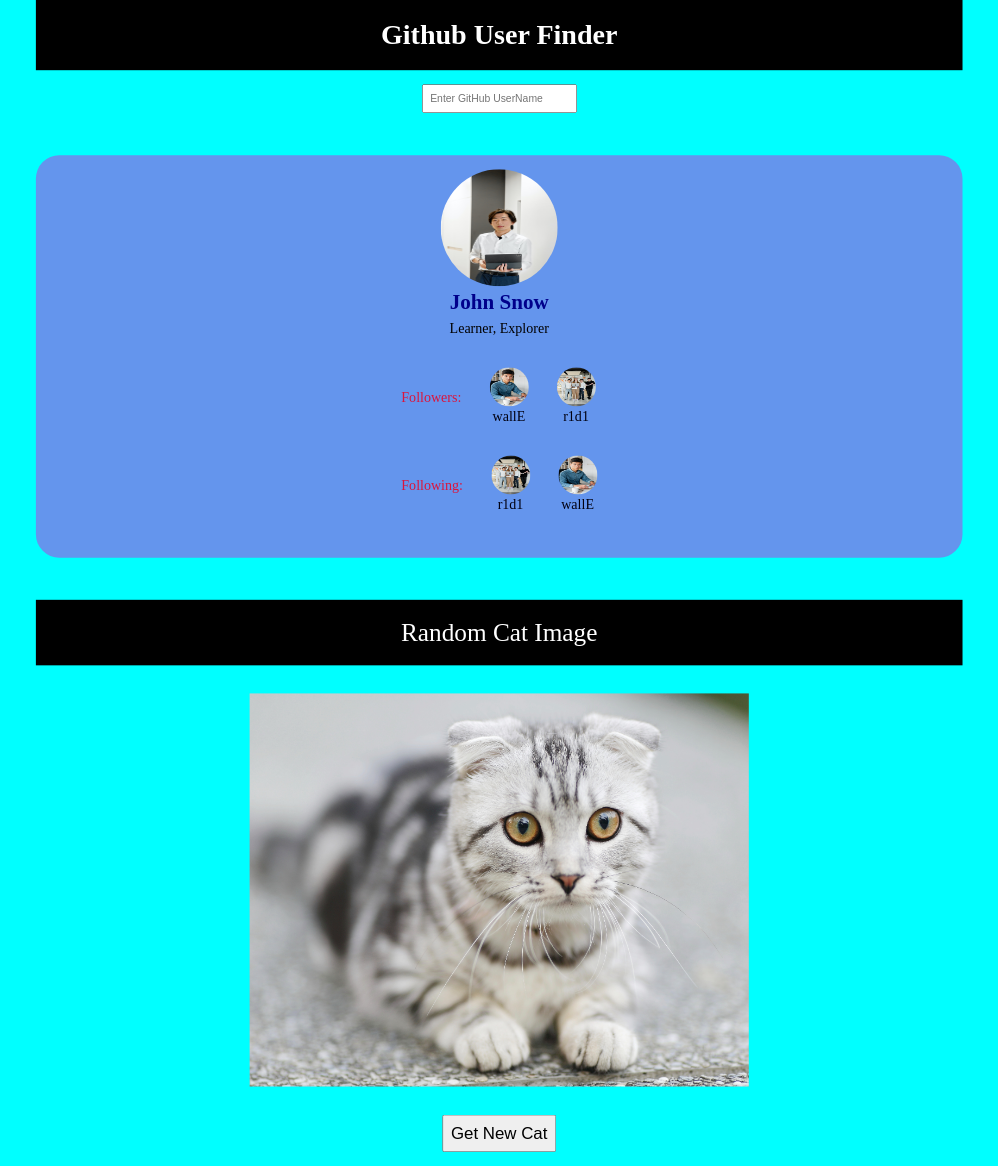
Repository: Ravindra-Shastri/TA-JS-asynchronous-js-TJaaao
Page: block-BJaajt/code/index.html
These files come from the project's save history. The page is drawn as it stood at one moment and after a run of saves; the edit follows.
The browser window is 1280 px wide. The pictures show the whole page, at 78% of full size.
The style sheet was rebuilt from its Sass, Less or Tailwind sources for each picture, by a compiler version that may differ from the author's.

Above is the page before, as saved 2021-10-07 10:31:45.

### block-BJaajt/code/index.html


<!DOCTYPE html>
<html lang="en">
<head>
    <meta charset="UTF-8">
    <meta http-equiv="X-UA-Compatible" content="IE=edge">
    <meta name="viewport" content="width=device-width, initial-scale=1.0">
    <title>Assignment: Fetching Data</title>
    <link rel="stylesheet" href="./assets/style.css">

</head>
<body>
    <h1>Github User Finder</h1>
    <div class="input-box">
        <input type="text" placeholder="Enter GitHub UserName">
    </div>

    <section class="user-card">
        <div class="user-details">
            <img src="./assets/pic1.jpg" alt="Pic-1" class="avatar">
            <h3 class="user-name">John Snow</h3>
            <p class="bio">Learner, Explorer</p>
        </div>
        <ul>
            <li class="followers-count">
                Followers:
                <div>
                    <img src="./assets/pic2.jpg" alt="Pic-2">
                    <p>wallE</p>
                </div>
                <div>
                    <img src="./assets/pic3.jpg" alt="Pic-3">
                    <p>r1d1</p>
                </div>

            </li>

            <li class="following">
                Following:
                <div>
                    <img src="./assets/pic3.jpg" alt="Pic-3">
                    <p>r1d1</p>
                </div>
                <div>
                    <img src="./assets/pic2.jpg" alt="Pic-2">
                    <p>wallE</p>
                </div>

            </li>
        </ul>

    </section>


    <section class="cat-section">
         <h2>Random Cat Image</h2>
        <div class="cat-image-container">
            <img src="./assets/cat1.jpg" alt="cat-image" class="cat-image">
        </div>
        <button>Get New Cat</button>
    </section>

    <script src="./index.js"></script>
</body>
</html>

### block-BJaajt/code/index.js
const input = document.querySelector("input");
const avatar = document.querySelector(".avatar");
const userName = document.querySelector(".user-name");
const bio = document.querySelector(".bio");
const followerUser = document.querySelector(".followers-count");
const followingUser = document.querySelector(".following");


function handleChange (event) {
    if (event.keyCode === 13 && input.value) {
        let user =  event.target.value;
        let xhr = new XMLHttpRequest();

xhr.open('GET', `https://api.github.com/users/${user}`);

xhr.onload = function () {
    let userData = JSON.parse(xhr.response);
    avatar.src = userData.avatar_url;
    userName.innerText = userData.name;
    bio.innerText = userData.bio;
}
xhr.onerror = function () {
    console.error("Something Went Wrong");
};
xhr.send();

let followers = new XMLHttpRequest();

followers.open('GET', `https://api.github.com/users/${user}/followers`);

followers.onload = function () {
    let followersData = JSON.parse(followers.response);
    followerUser.innerHTML = "Followers: ";
    followersData.forEach((element, index) => {
        if (index <= 5) {
            let followerAvatar = document.createElement("img");
            followerAvatar.src = element.avatar_url;
            let followerName = document.createElement("p");
            followerName.innerText = element.login;
            let followerInfo = document.createElement("div");
            followerInfo.append(followerAvatar, followerName);
            followerUser.append(followerInfo);
        }
    });
}
followers.send();

let following = new XMLHttpRequest();

following.open('GET', `https://api.github.com/users/${user}/following`);

following.onload = function () {
    let followingData = JSON.parse(following.response);
    followingUser.innerHTML = "Following: ";
    followingData.forEach((element, index) => {
        if (index <= 5) {
            let followingAvatar = document.createElement("img");
            followingAvatar.src = element.avatar_url;
            let followingName = document.createElement("p");
            followingName.innerText = element.login;
            let followingInfo = document.createElement("div");
            followingInfo.append(followingAvatar, followingName);
            followingUser.append(followingInfo);
        }
    });
}
following.send();
        event.target.value = "";
    }

}

input.addEventListener("keyup", handleChange);


let button = document.querySelector("button");
let catImage = document.querySelector(".cat-image");

button.addEventListener('click', function() {
    let catApi = new XMLHttpRequest();
    catApi.open("GET", "https://api.thecatapi.com/v1/images/search?limit=1&size=full");

    catApi.onload = function () {

        let catData = JSON.parse(catApi.response);
        catImage.src = catData[0].url;
    }
    catApi.send();
});

### block-BJaajt/code/assets/style.scss
@import "reset";


html {
    font-size: 18px;
}
body {
    line-height: 1.5;
    background: aqua;
}

h1 {
    font-size: 2rem;
    background: black;
    color: #fff;
    font-weight: 700;
    text-align: center;
    padding: 1rem;
    width: 90%;
    margin: auto auto;
}
.input-box {
    margin: 1rem auto;
    display: flex;
    align-items: center;
    justify-content: center;
    input {
        display: inline-block;
        padding: .5rem;
    }
}

.user-card {
    display: flex;
    flex-direction: column;
    width: 90%;
    margin: 3rem auto;
    padding: 1rem;
    align-items: center;
    background: cornflowerblue;
    border-radius: 30px;
}
.user-details {
    display: flex;
    flex-direction: column;
    align-items: center;
    margin-bottom: 2rem;
    h3 {
        font-size: 1.5rem;
        font-weight: 600;
        color: darkblue;
    }
}


.avatar {
        width: 150px;
        height: 150px;
        border-radius: 50%;
}

.followers-count, .following{
    display: flex;
    width: 100%;
    justify-content: flex-start;
    gap: 2rem;
    margin-bottom: 2rem;
    align-items: center;
    color: crimson;
    div {
        display: flex;
        flex-direction: column;
        align-items: center;
        color: rgb(1, 1, 17);
    }
    img {
        width: 50px;
        height: 50px;
        border-radius: 50%;
    }
}


// CAT Styles
.cat-section {
    display: flex;
    flex-direction: column;
    align-items: center;
    h2 {
        font-size: 1.8rem;
        background: black;
        width: 90%;
        color: #fff;
        text-align: center;
        padding: 1rem;
    }
    button {
        display: inline-block;
        padding: .5rem;
        font-size: 1.2rem;
        margin-bottom: 1rem;
        cursor: pointer;
    }
}

.cat-image-container {
    display: flex;
    width: 50%;
    height: 70vh;
    margin: 2rem auto;
    img {
        width: 100%;
    }
}

Loaded but not shown: block-BJaajt/code/assets/_reset.scss (common file)

After the next 2 saves:
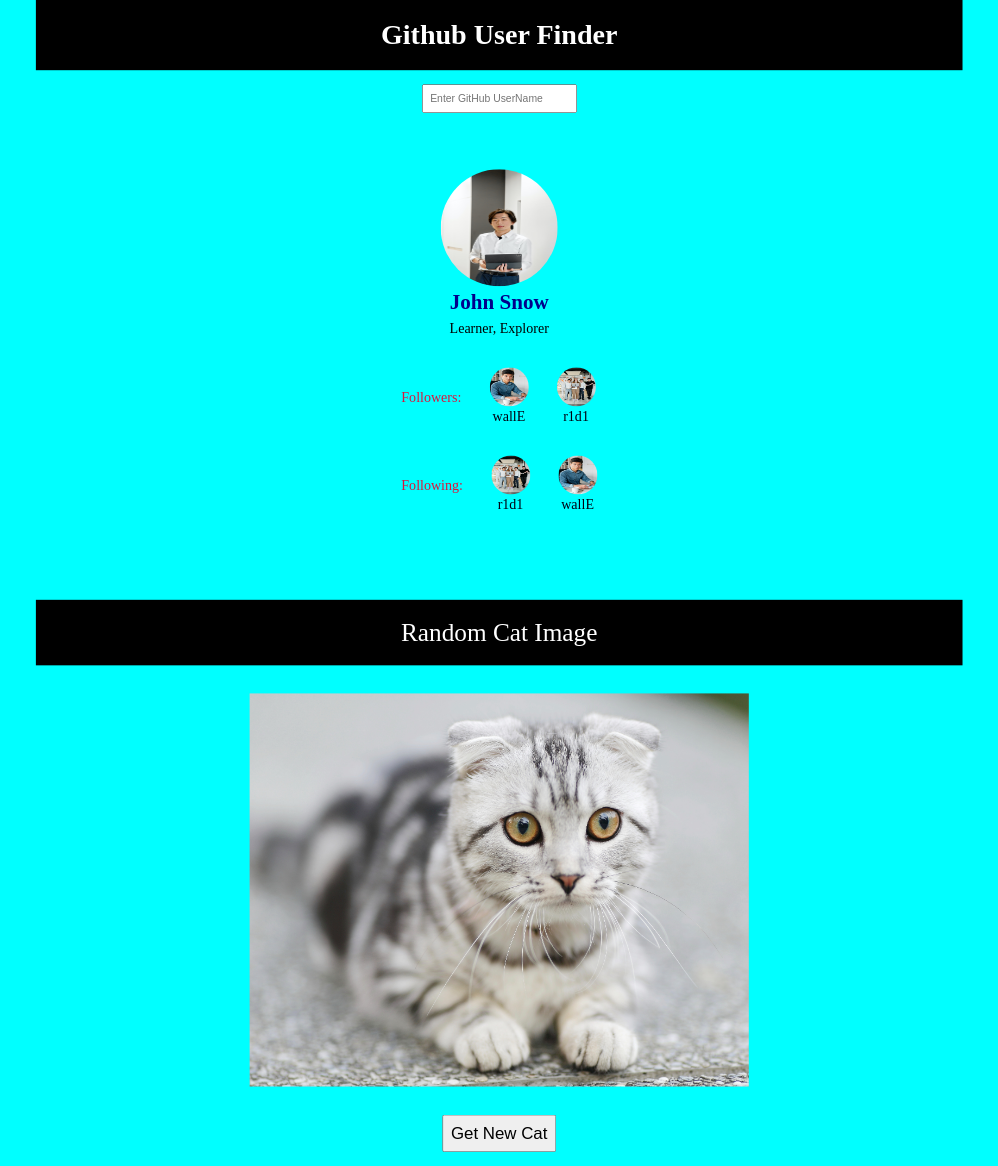
The 2 saves are shown as one change because they came seconds apart.
The last was saved 19 s later.
--- a/block-BJaajt/code/assets/style.scss
+++ b/block-BJaajt/code/assets/style.scss
@@ -37,7 +37,7 @@ h1 {
     margin: 3rem auto;
     padding: 1rem;
     align-items: center;
-    background: cornflowerblue;
+    background: aqua;
     border-radius: 30px;
 }
 .user-details {
